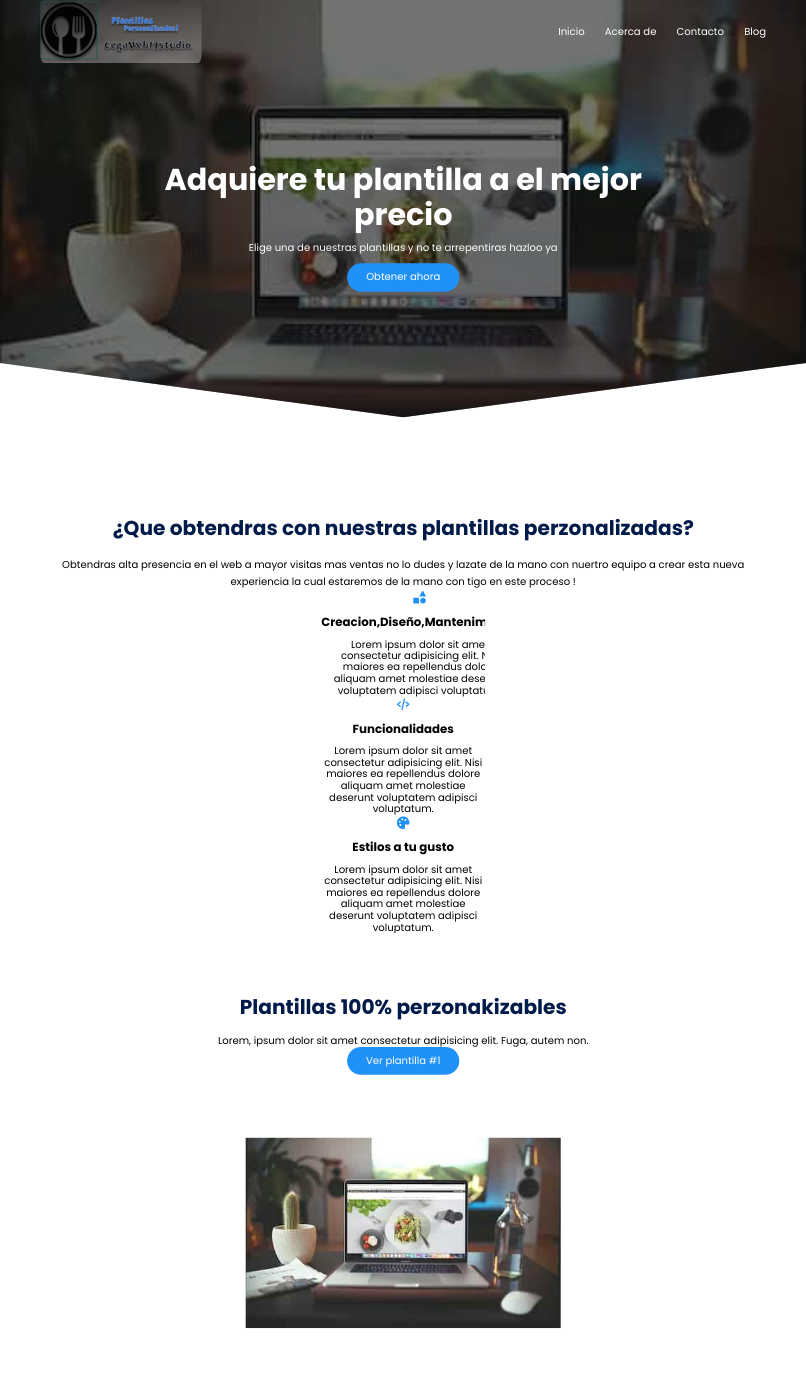
Repository: cega17/una-pagina-web
Page: index.html
The author's editor kept a copy of each file at every save. The page is drawn from the files as they stood at one save, then again after the next save.
The browser window is 1280 px wide. The pictures show the whole page, at 63% of full size.

Above is the page before, as saved 2023-10-29 20:44:38.

After the next save:
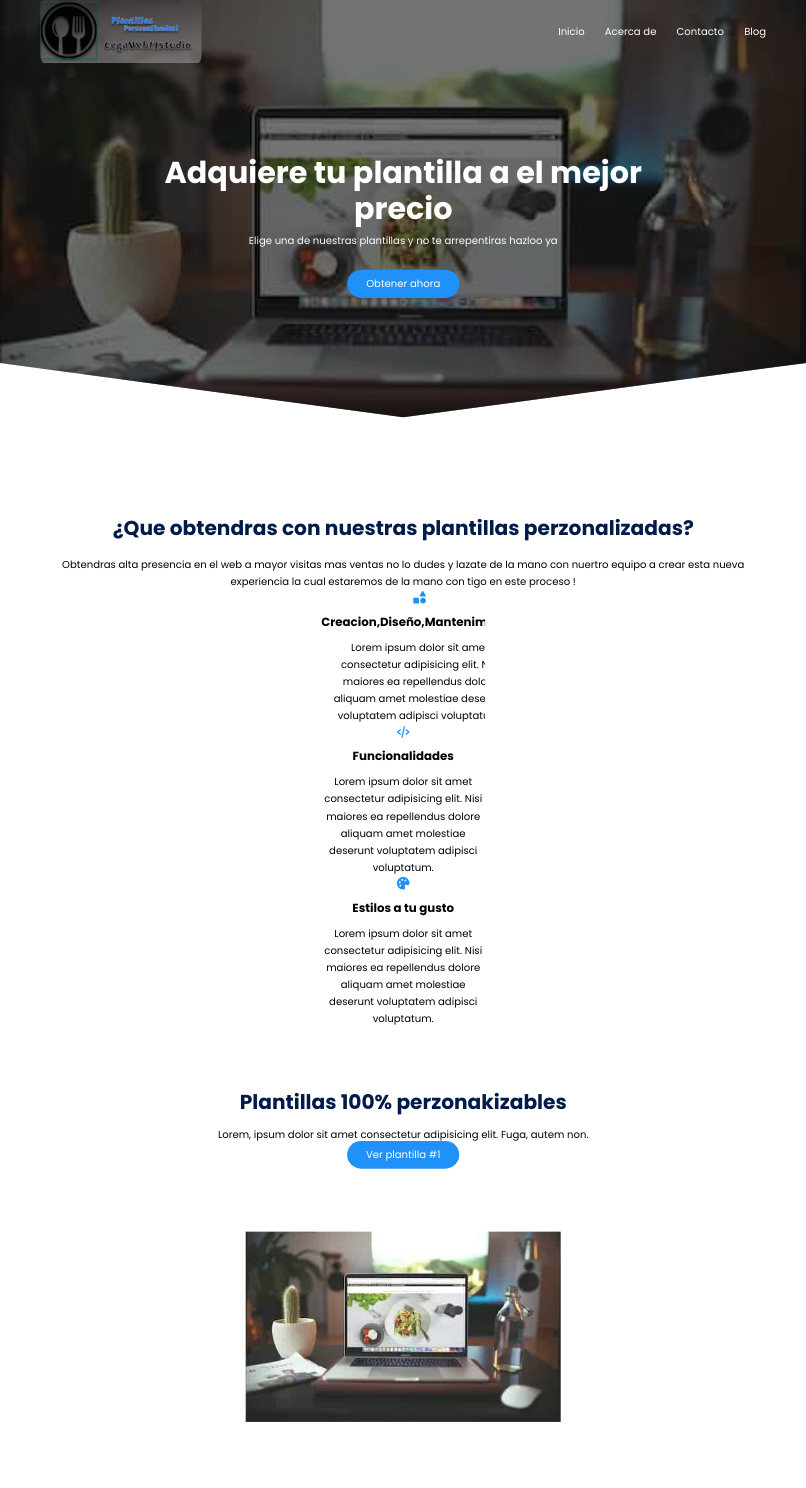
Saved 2 min 36 s later.
--- a/index.html
+++ b/index.html
@@ -41,7 +41,7 @@
 
         <section class="hero__container container">
             <h1 class="hero__title">Adquiere tu plantilla a el mejor precio</h1>
-            <p class="hero__paragrph">Elige una de nuestras plantillas y no te arrepentiras hazloo ya</p>
+            <p class="hero__paragraph">Elige una de nuestras plantillas y no te arrepentiras hazloo ya</p>
             <a href="#" class="cta">Obtener ahora</a>
 
         </section>
@@ -60,17 +60,17 @@
                 <article class="about__icons">
                     <img src="./imgs/shapes.svg" alt="" class="about__icon">
                     <h3 class="abiut__title">Creacion,Diseño,Mantenimiento</h3>
-                    <p class="about__paragrapaph">Lorem ipsum dolor sit amet consectetur adipisicing elit. Nisi maiores ea repellendus dolore aliquam amet molestiae deserunt voluptatem adipisci voluptatum.</p>
+                    <p class="about__paragraph">Lorem ipsum dolor sit amet consectetur adipisicing elit. Nisi maiores ea repellendus dolore aliquam amet molestiae deserunt voluptatem adipisci voluptatum.</p>
                 </article>
                 <article class="about__icons">
                     <img src="./imgs/code.svg" alt="" class="about__icon">
                     <h3 class="abiut__title">Funcionalidades</h3>
-                    <p class="about__paragrapaph">Lorem ipsum dolor sit amet consectetur adipisicing elit. Nisi maiores ea repellendus dolore aliquam amet molestiae deserunt voluptatem adipisci voluptatum.</p>
+                    <p class="about__paragraph">Lorem ipsum dolor sit amet consectetur adipisicing elit. Nisi maiores ea repellendus dolore aliquam amet molestiae deserunt voluptatem adipisci voluptatum.</p>
                 </article>
                 <article class="about__icons">
                     <img src="./imgs/paint.svg" alt="" class="about__icon">
                     <h3 class="abiut__title">Estilos a tu gusto </h3>
-                    <p class="about__paragrapaph">Lorem ipsum dolor sit amet consectetur adipisicing elit. Nisi maiores ea repellendus dolore aliquam amet molestiae deserunt voluptatem adipisci voluptatum.</p>
+                    <p class="about__paragraph">Lorem ipsum dolor sit amet consectetur adipisicing elit. Nisi maiores ea repellendus dolore aliquam amet molestiae deserunt voluptatem adipisci voluptatum.</p>
                 </article>
 
             </div>
